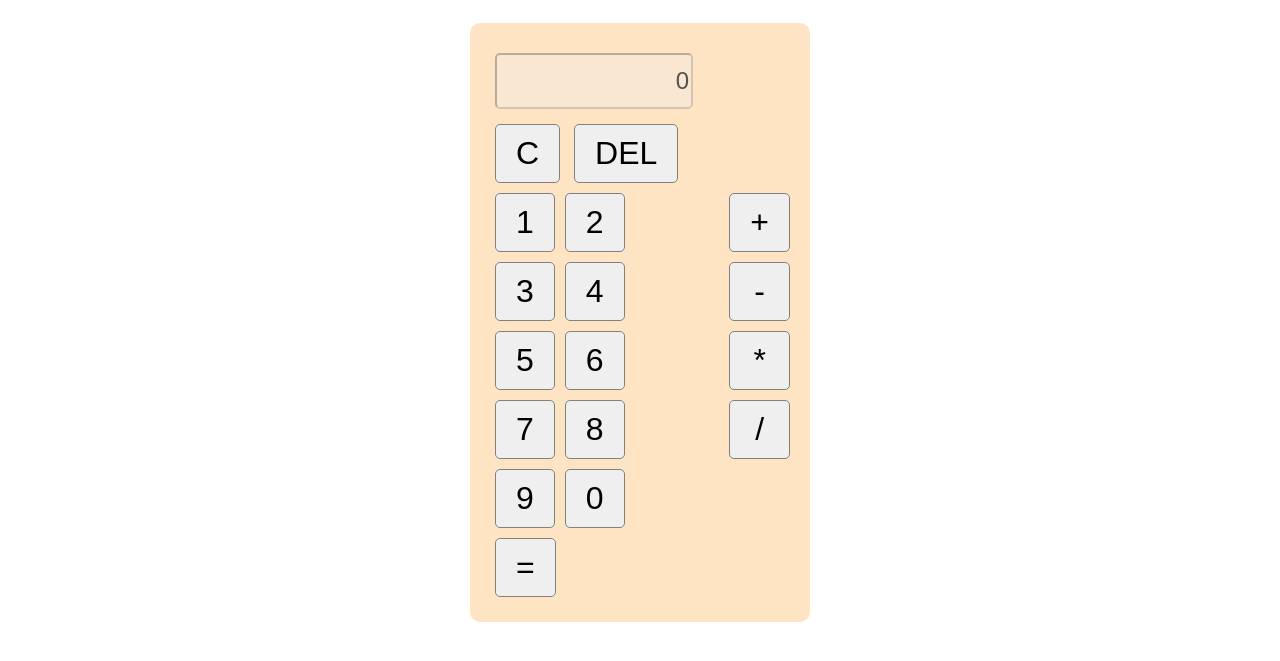
Repository: jaskeat/Calculator
Page: index.html
The author's editor kept a copy of each file at every save. The page is drawn from the files as they stood at one save, then again after the next save.
The browser window is 1280 px wide. The pictures show the whole page.

Above is the page before, as saved 2024-09-05 13:22:26.

### index.html
<!DOCTYPE html>
<html lang="en">
	<head>
		<meta charset="UTF-8" />
		<meta name="viewport" content="width=device-width, initial-scale=1.0" />
		<title>Calculator</title>
		<link rel="stylesheet" href="style.css" />
	</head>
	<body>
		<div class="calculator">
			<div class="display">
				<input type="text" class="display-input" value="0" disabled />
			</div>

			<div class="extrabtn">
				<button class="btn" onclick="clearDisplay()">C</button>
				<button class="btn" onclick="deleteLast()">DEL</button>
			</div>

			<div class="buttons">
				<div class="operators">
					<button class="btn" onclick="append('+')">+</button>
					<button class="btn" onclick="append('-')">-</button>
					<button class="btn" onclick="append('*')">*</button>
					<button class="btn" onclick="append('/')">/</button>
				</div>

				<div class="numbers">
					<button class="btn" onclick="append('1')">1</button>
					<button class="btn" onclick="append('2')">2</button>
					<button class="btn" onclick="append('3')">3</button>
					<button class="btn" onclick="append('4')">4</button>
					<button class="btn" onclick="append('5')">5</button>
					<button class="btn" onclick="append('6')">6</button>
					<button class="btn" onclick="append('7')">7</button>
					<button class="btn" onclick="append('8')">8</button>
					<button class="btn" onclick="append('9')">9</button>
					<button class="btn" onclick="append('0')">0</button>
					<button class="btn" onclick="calculate()">=</button>
				</div>
			</div>
		</div>
		<script src="script.js"></script>
	</body>
</html>

### style.css
body {
	display: flex;
	justify-content: center;
	align-items: center;
}

.calculator {
	width: 300px;
	max-width: 600px;
	height: auto;
	margin: 15px;
	padding: 20px;
	background-color: bisque;
	border-radius: 10px;
}

button {
	border-radius: 5px;
	border: 1px grey solid;
	font-size: 1.3rem;
}

button:hover {
	background-color: lightgrey;
	cursor: pointer;
}

input {
	width: 190px;
	height: 50px;
	font-size: 1.5rem;
	text-align: right;
	border-radius: 5px;
	margin: 10px 5px;
}

.operators {
	display: flex;
	flex-direction: column;
	width: auto;
}

.operators button {
	width: auto;
	height: auto;
	margin: 5px 0;
}

.numbers {
	display: flex;
	flex-wrap: wrap;
	height: auto;
	width: 150px;
}

.buttons {
	display: flex;
	flex-direction: row-reverse;
	justify-content: space-between;
	font-size: 2rem;
}

.btn {
	font-size: 2rem;
	padding: 10px 20px;
	margin: 5px;
}

Loaded but not shown: script.js (no copy from this time; the picture is the same without it)

After the next save:
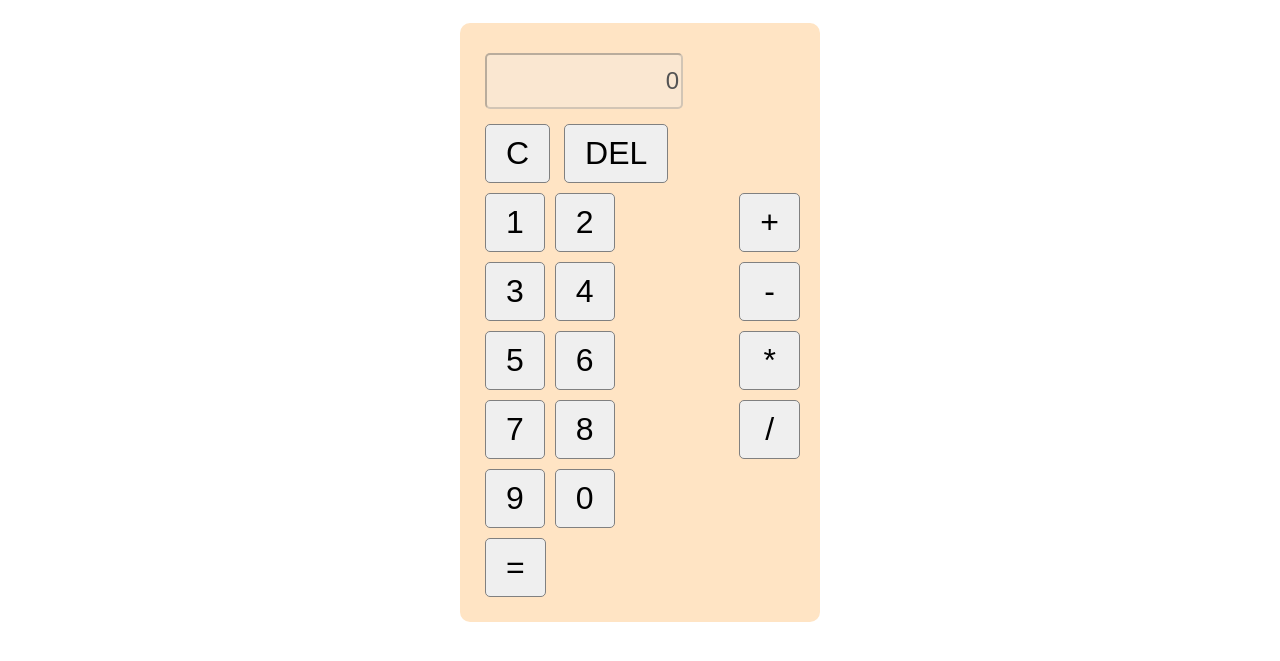
Saved 5 s later.
--- a/style.css
+++ b/style.css
@@ -5,7 +5,7 @@ body {
 }
 
 .calculator {
-	width: 300px;
+	width: 320px;
 	max-width: 600px;
 	height: auto;
 	margin: 15px;
